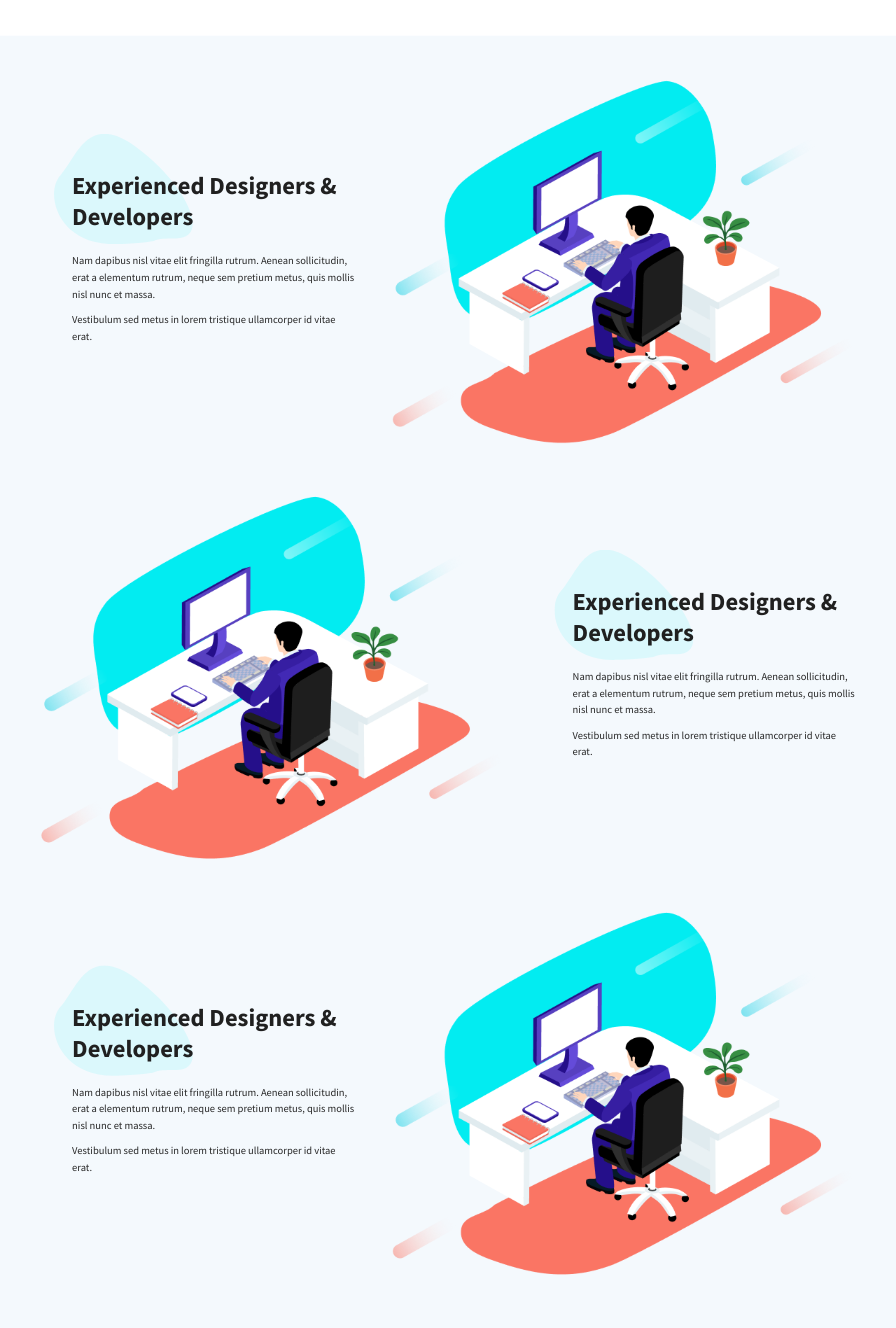
Repository: advert31337/marafon_from0to1_MartaUP
Page: index.html
These files come from the project's save history. The page is drawn as it stood at one moment and after the next save; the edit follows.
The browser window is 1280 px wide. The pictures show the part of the page from y = 1320 to 3240 px (the page is 3217 px tall before and 3240 px after), at 70% of full size.

Above is the page before, as saved 2020-03-08 10:23:34.

### index.html
<!DOCTYPE html>
<html lang="en">

<head>
    <meta charset="UTF-8">
    <meta name="viewport" content="width=device-width, initial-scale=1.0">
    <title>Marafon MartaUP</title>
    <link href="https://fonts.googleapis.com/css?family=Source+Sans+Pro:400,600,700&display=swap" rel="stylesheet">
    <link rel="stylesheet" href="css/reset.css">
    <link rel="stylesheet" href="css/slick.css">
    <link rel="stylesheet" href="css/style.css">
</head>

<body>
    <header class="header">

        <div class="container">
            <div class="header__top">

                <div class="logo">
                    <a href="#!">+
                        <img src="images/logo.svg" alt="">
                    </a>
                </div>

                <nav class="menu">
                    <ul class="menu__list">
                        <li><a class="menu__list-item" href="#">home</a></li>
                        <li><a class="menu__list-item" href="#">work</a></li>
                        <li><a class="menu__list-item" href="#">about</a></li>
                        <li><a class="menu__list-item" href="#">contact</a></li>
                    </ul>
                </nav>

                <div class="header-btn">
                    <a class="login" href="#">login</a>
                    <a class="sign-up" href="#">sign up</a>
                </div>

            </div>

            <div class="header-slider">
                <div class="header-slider__item">
                    <div class="header-slider__item-content">

                        <div class="header-slider__item-info">
                            <h3 class="header-slider__title">
                                We Build Apps & Websites
                                for Your Business
                            </h3>
                            <div class="header-slider__description">
                                For startups, For businesses & For you
                            </div>
                            <a href="" class="header-slider__btn">Request a quote</a>
                        </div>

                        <div class="header-slider__item-images">
                            <img src="images/slider-img.png" alt="">
                        </div>
                    </div>
                </div>


                <div class="header-slider__item">
                    <div class="header-slider__item-content">

                        <div class="header-slider__item-info">
                            <h3 class="header-slider__title">
                                We Build Apps & Websites
                                for Your Business
                            </h3>
                            <div class="header-slider__description">
                                For startups, For businesses & For you
                            </div>
                            <a href="" class="header-slider__btn">Request a quote</a>
                        </div>

                        <div class="header-slider__item-images">
                            <img src="images/slider-img.png" alt="">
                        </div>
                    </div>
                </div>


                <div class="header-slider__item">
                    <div class="header-slider__item-content">

                        <div class="header-slider__item-info">
                            <h3 class="header-slider__title">
                                We Build Apps & Websites
                                for Your Business
                            </h3>
                            <div class="header-slider__description">
                                For startups, For businesses & For you
                            </div>
                            <a href="" class="header-slider__btn">Request a quote</a>
                        </div>

                        <div class="header-slider__item-images">
                            <img src="images/slider-img.png" alt="">
                        </div>
                    </div>
                </div>


                <div class="header-slider__item">
                    <div class="header-slider__item-content">

                        <div class="header-slider__item-info">
                            <h3 class="header-slider__title">
                                We Build Apps & Websites
                                for Your Business
                            </h3>
                            <div class="header-slider__description">
                                For startups, For businesses & For you
                            </div>
                            <a href="" class="header-slider__btn">Request a quote</a>
                        </div>

                        <div class="header-slider__item-images">
                            <img src="images/slider-img.png" alt="">
                        </div>
                    </div>
                </div>


                <div class="header-slider__item">
                    <div class="header-slider__item-content">

                        <div class="header-slider__item-info">
                            <h3 class="header-slider__title">
                                We Build Apps & Websites
                                for Your Business
                            </h3>
                            <div class="header-slider__description">
                                For startups, For businesses & For you
                            </div>
                            <a href="" class="header-slider__btn">Request a quote</a>
                        </div>

                        <div class="header-slider__item-images">
                            <img src="images/slider-img.png" alt="">
                        </div>
                    </div>
                </div>
            </div>

        </div>

    </header>

    <section class="specialised">
        <div class="container">
            <div class="specialised__title title">
                We are specialised in
            </div>
            <div class="specialised__items">
                <div class="specialised__item">
                    <div class="specialised__item-img">
                        <img src="images/specialise-1.svg" alt="">
                    </div>

                    <div class="specialise__item-title">
                        UI/UX Design
                    </div>
                    <div class="specialise__item-text">
                        In hac habitasse platea dictumstmus adipiscing fermentum quam volutpat aliquam. Integer cilisis tristique.
                    </div>
                </div>
                <div class="specialised__item">
                    <div class="specialised__item-img">
                        <img src="images/specialise-2.svg" alt="">
                    </div>
                    <div class="specialise__item-title">
                        Web Development
                    </div>
                    <div class="specialise__item-text">
                        In hac habitasse platea dictumstmus adipiscing fermentum quam volutpat aliquam. Integer cilisis tristique.
                    </div>
                </div>
                <div class="specialised__item">
                    <div class="specialised__item-img">
                        <img src="images/specialise-3.svg" alt="">
                    </div>
                    <div class="specialise__item-title">
                        App Development
                    </div>
                    <div class="specialise__item-text">
                        In hac habitasse platea dictumstmus adipiscing fermentum quam volutpat aliquam. Integer cilisis tristique.
                    </div>
                </div>
            </div>
        </div>
    </section>

    <section class="advantages">
        <div class="container">

            <div class="advantages-box">
                <div class="advantages-box__info">
                    <div class="advantages-box__title">
                        Experienced Designers & Developers
                    </div>
                    <div class="advantages-box__text">
                        <p>
                            Nam dapibus nisl vitae elit fringilla rutrum. Aenean sollicitudin, erat a elementum rutrum, neque sem pretium metus, quis mollis nisl nunc et massa.
                        </p>
                        <p>
                            Vestibulum sed metus in lorem tristique ullamcorper id vitae erat.
                        </p>
                    </div>
                </div>

                <div class="advantages-box__img">
                    <img src="images/advantages-1.png" alt="">
                </div>
            </div>

            <div class="advantages-box">
                <div class="advantages-box__img">
                    <img src="images/advantages-1.png" alt="">
                </div>

                <div class="advantages-box__info">
                    <div class="advantages-box__title">
                        Experienced Designers & Developers
                    </div>
                    <div class="advantages-box__text">
                        <p>
                            Nam dapibus nisl vitae elit fringilla rutrum. Aenean sollicitudin, erat a elementum rutrum, neque sem pretium metus, quis mollis nisl nunc et massa.
                        </p>
                        <p>
                            Vestibulum sed metus in lorem tristique ullamcorper id vitae erat.
                        </p>
                    </div>
                </div>
            </div>

            <div class="advantages-box">
                <div class="advantages-box__info">
                    <div class="advantages-box__title">
                        Experienced Designers & Developers
                    </div>
                    <div class="advantages-box__text">
                        <p>
                            Nam dapibus nisl vitae elit fringilla rutrum. Aenean sollicitudin, erat a elementum rutrum, neque sem pretium metus, quis mollis nisl nunc et massa.
                        </p>
                        <p>
                            Vestibulum sed metus in lorem tristique ullamcorper id vitae erat.
                        </p>
                    </div>
                </div>

                <div class="advantages-box__img">
                    <img src="images/advantages-1.png" alt="">
                </div>
            </div>

         </div>
    </section>

    <footer>

    </footer>


    <script src="https://ajax.googleapis.com/ajax/libs/jquery/3.4.1/jquery.min.js"></script>
    <script src="js/slick.min.js"></script>
    <script src="js/main.js"></script>
</body>

</html>

### css/style.css
*{
    box-sizing: border-box;
}

body {
    font-family: 'Source Sans Pro', sans-serif;
    font-size: 15px;
    line-height: 24px;
}

a {
    text-decoration: none;
    color: inherit;
}
.header {
    background-image: url('../images/header-bg.jpg');
    min-height: 793px;
    background-repeat: no-repeat;
    background-size: cover;
    background-position: top center;
}

.container {
    max-width: 1200px;
    margin: 0 auto;
    padding: 0 15px 0 15px;

}

.header__top {
    display: flex;
    justify-content: space-between;
    height: 100px;
    align-items: center;
}

.menu__list {
    display: flex;
}

.menu__list li + li {
    padding-left: 50px;

}

.login {
    margin-right: 44px;
    color: #fff;
    text-transform: uppercase;
    font-weight: 600;
}

.menu__list a{
    opacity: 0.5;
    color: #fff;
    font-weight: 600;
    text-transform: uppercase;
    transition: all 0.5s;
}

.menu__list a:hover {
    opacity: 1;
}

.sign-up {
    text-transform: uppercase;
    color: #250f8a;
    font-weight: 600;
    background-color: #fff;
    padding: 8px 43px;
    border-radius: 20px;

}

.header-slider {
    padding-top: 111px;
}
.header-slider__item {

}
.header-slider__item-content {
    display: flex;
    justify-content: space-between;
}
.header-slider__item-info {
    max-width: 506px;
    color:#fff;
}
.header-slider__title {
    font-weight: 700;
    font-size: 45px;
    line-height: 60px;
    margin-bottom: 10px;
}
.header-slider__description {
    line-height: 55px;
    font-size: 24px;
    margin-bottom: 60px;
}
.header-slider__btn {
    font-weight: 600;
    text-transform: uppercase;
    color: #250F8A;
    padding: 13px 39px;
    background-color: #FFCA00;
    border-radius: 25px;
}
.header-slider__item-images {
    margin: 10px 82px 0 0;
}

.header-dots{
    list-style: none;
    position: absolute;
    right: 0;
    top: 50%;
}

.header-dots button {
    border: none;
    background-color: #fff;
    opacity: 0.5;
    font-size: 0;
    padding: 0;
    width: 7px;
    height: 7px;
    border-radius: 3.5px;
    cursor: pointer;
    outline: none;
    margin: 10px auto;
    display: block;
}

.header-dots .slick-active button{
    width: 15px;
    opacity: 1;
}

.specialised{
    padding: 55px 0 93px;
    background-image: url(../images/special-bg.svg);
    background-position: left bottom;
    background-repeat: no-repeat;
    color: #202020;
    text-align: center;
}

.specialised__title {
    margin-bottom: 96px;
}
.title {
    font-size: 35px;
    line-height: 45px;
    font-weight: 700;
    text-align: center;
}

.specialised__items {
    display: flex;
    justify-content: space-between;
    max-width: 980px;
    margin: 0 auto;

}
.specialised__item {
    width: 280px;
}
.specialised__item-img {
    margin-bottom: 23px;
    min-height: 159px;
}
.specialise__item-title {
    margin-bottom: 11px;
    font-size: 20px;
    font-weight: 700;
}
.specialise__item-text {
   padding: 0 10px;
   color: #272727;
   opacity: 0.7;
}


.advantages {
    padding-top: 64px;
    background: #f4f9fd;
}

.advantages-box {
    display: flex;
    justify-content: space-between;
    padding-bottom: 76px;
}
.advantages-box__info {
    max-width: 455px;
    padding-top: 60px;
    background-image: url(../images/title-bg-1.svg);
    background-repeat: no-repeat;
    background-position: 22px 76px;
}
.advantages-box__title {
    color: #202020;
    font-size: 35px;
    line-height: 45px;
    font-weight: 700;
    padding: 68px 0 15px 48px;

}
.advantages-box__text {
    padding-left: 48px;
    color: #272727;
}

.advantages-box__text p{
    margin: 12px 0;
}
.advantages-box__img {
}

### js/main.js
$(function(){
    $('.header-slider').slick({
        arrows: false,
        vertical: true,
        dots: true,
        dotsClass: 'header-dots',
        autoplay: 2000,

    })
})

Loaded but not shown: css/reset.css (common file); css/slick.css (common file); js/slick.min.js (library)

After the next save:
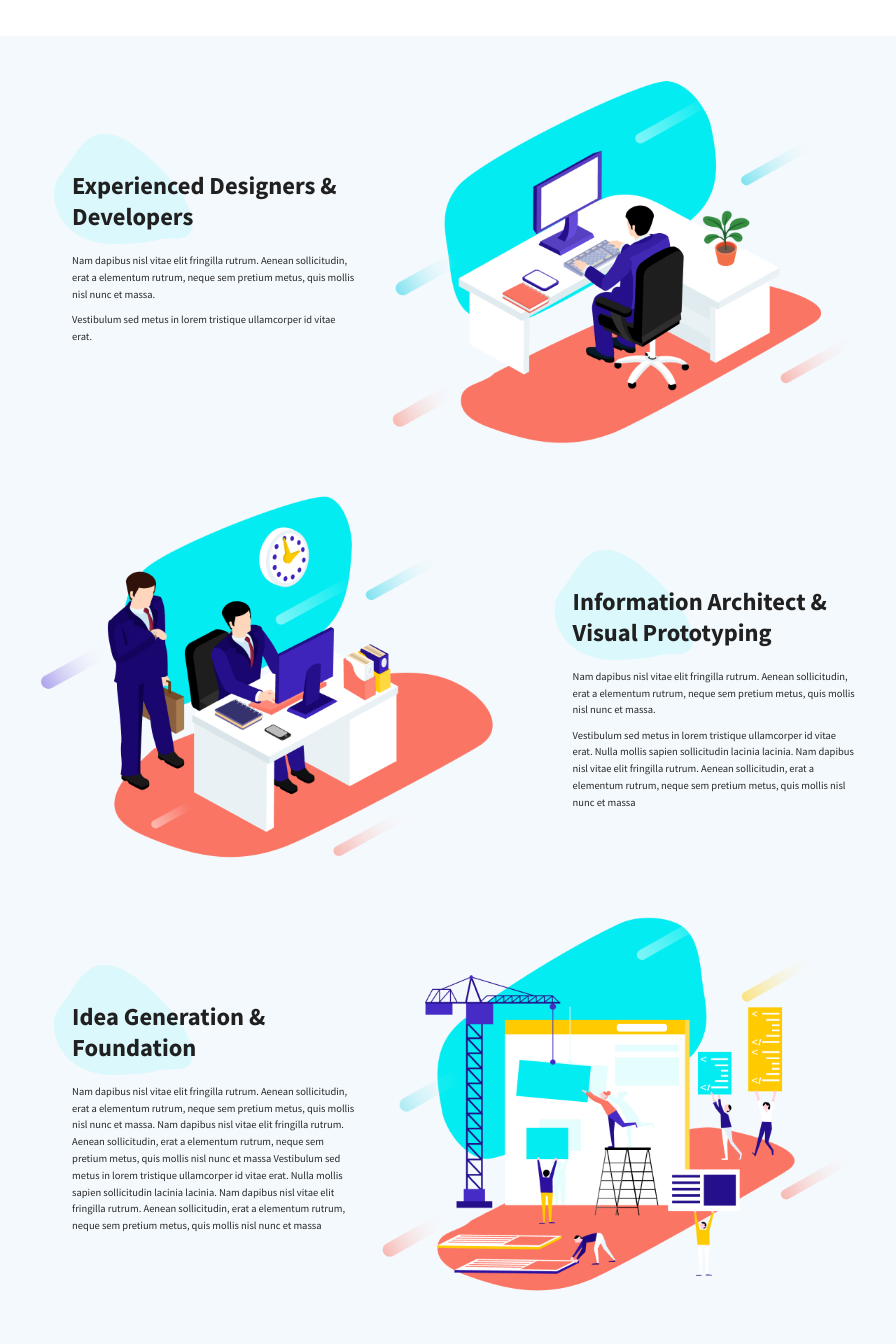
Saved 3 min 56 s later.
--- a/index.html
+++ b/index.html
@@ -218,19 +218,20 @@
 
             <div class="advantages-box">
                 <div class="advantages-box__img">
-                    <img src="images/advantages-1.png" alt="">
+                    <img src="images/advantages-2.png" alt="">
                 </div>
 
                 <div class="advantages-box__info">
                     <div class="advantages-box__title">
-                        Experienced Designers & Developers
+                        Information Architect &
+                        Visual Prototyping
                     </div>
                     <div class="advantages-box__text">
                         <p>
                             Nam dapibus nisl vitae elit fringilla rutrum. Aenean sollicitudin, erat a elementum rutrum, neque sem pretium metus, quis mollis nisl nunc et massa.
                         </p>
                         <p>
-                            Vestibulum sed metus in lorem tristique ullamcorper id vitae erat.
+                            Vestibulum sed metus in lorem tristique ullamcorper id vitae erat. Nulla mollis sapien sollicitudin lacinia lacinia. Nam dapibus nisl vitae elit fringilla rutrum. Aenean sollicitudin, erat a elementum rutrum, neque sem pretium metus, quis mollis nisl nunc et massa
                         </p>
                     </div>
                 </div>
@@ -239,20 +240,17 @@
             <div class="advantages-box">
                 <div class="advantages-box__info">
                     <div class="advantages-box__title">
-                        Experienced Designers & Developers
+                        Idea Generation & Foundation
                     </div>
                     <div class="advantages-box__text">
                         <p>
-                            Nam dapibus nisl vitae elit fringilla rutrum. Aenean sollicitudin, erat a elementum rutrum, neque sem pretium metus, quis mollis nisl nunc et massa.
-                        </p>
-                        <p>
-                            Vestibulum sed metus in lorem tristique ullamcorper id vitae erat.
+                            Nam dapibus nisl vitae elit fringilla rutrum. Aenean sollicitudin, erat a elementum rutrum, neque sem pretium metus, quis mollis nisl nunc et massa. Nam dapibus nisl vitae elit fringilla rutrum. Aenean sollicitudin, erat a elementum rutrum, neque sem pretium metus, quis mollis nisl nunc et massa    Vestibulum sed metus in lorem tristique ullamcorper id vitae erat. Nulla mollis sapien sollicitudin lacinia lacinia. Nam dapibus nisl vitae elit fringilla rutrum. Aenean sollicitudin, erat a elementum rutrum, neque sem pretium metus, quis mollis nisl nunc et massa
                         </p>
                     </div>
                 </div>
 
                 <div class="advantages-box__img">
-                    <img src="images/advantages-1.png" alt="">
+                    <img src="images/advantages-3.png" alt="">
                 </div>
             </div>
 
